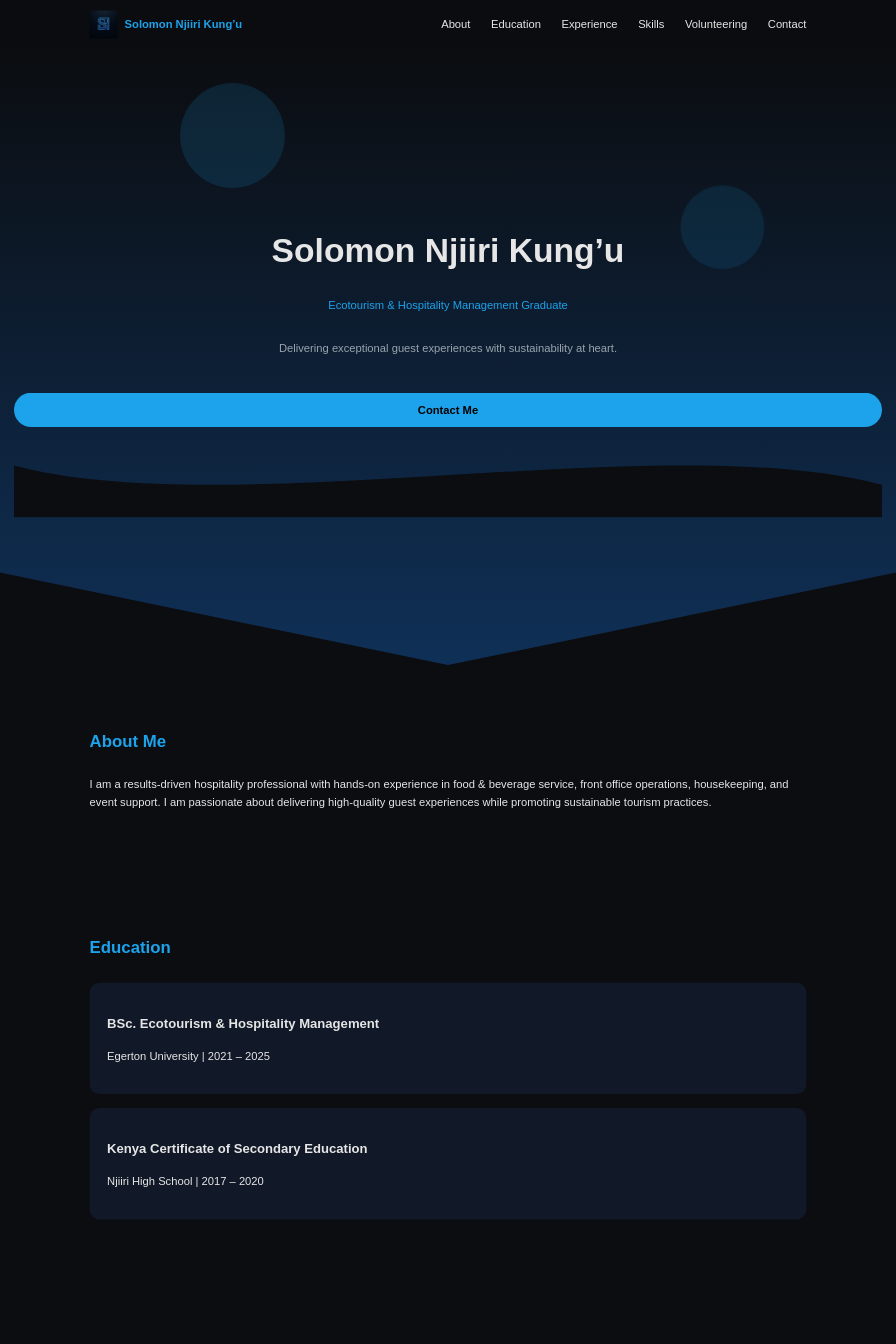
Repository: ladygit-comits/Solomon_Portfolio
Page: index.html
The author's editor kept a copy of each file at every save. The page is drawn from the files as they stood at one save, then again after the next save.
The browser window is 1280 px wide. The pictures show the part of the page from y = 0 to 1920 px (the page is 4438 px tall before and 4398 px after), at 70% of full size.

Above is the page before, as saved 2025-12-31 13:42:14.

After the next save:
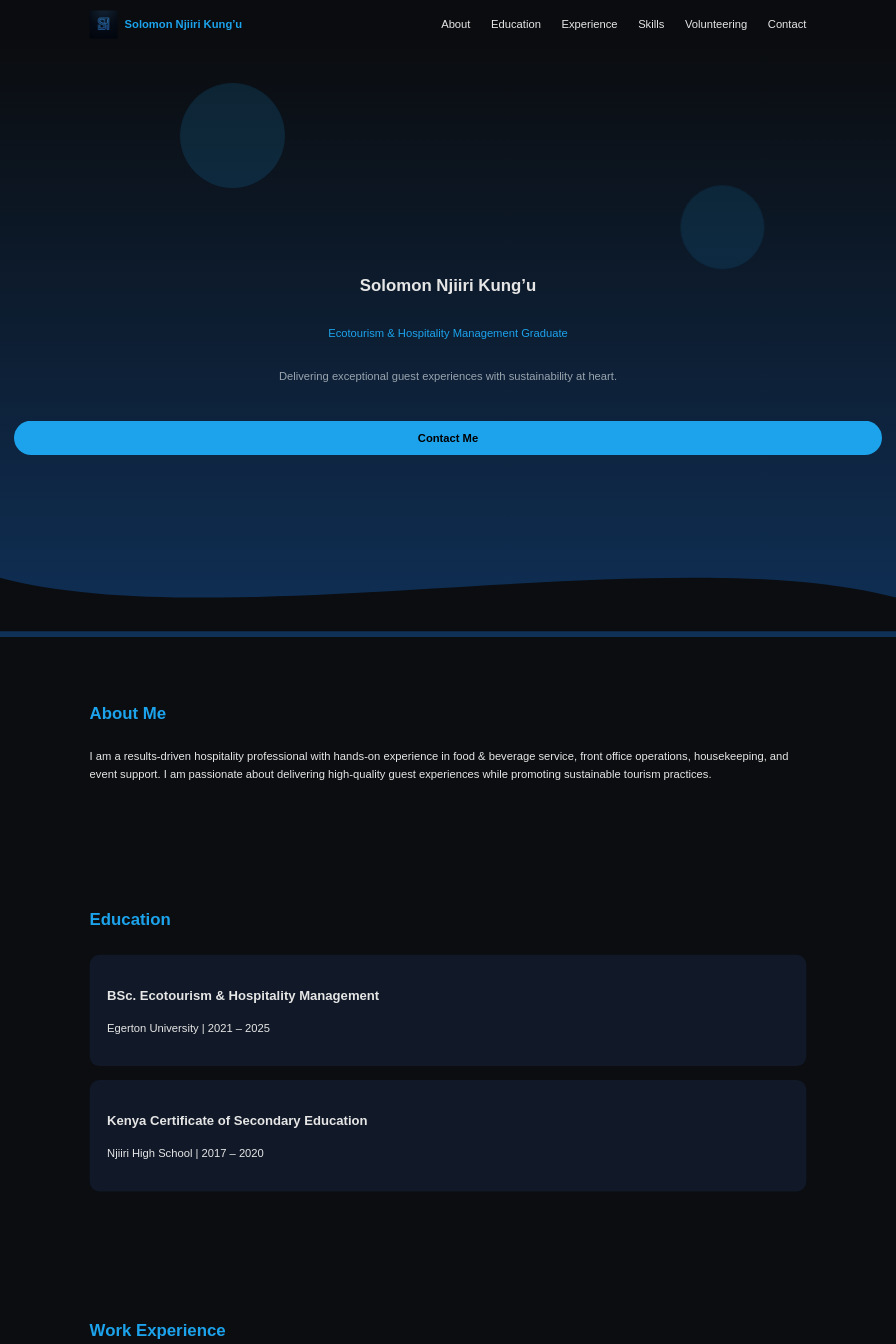
Saved 19 s later.
--- a/style.css
+++ b/style.css
@@ -13,25 +13,26 @@ body {
   color: var(--text-light);
   line-height: 1.6;
 }
-
 .hero {
+  position: relative;
   min-height: 100vh;
-  padding: 80px 20px;
+  padding: 80px 20px 40px; /* smaller bottom padding for wave */
   text-align: center;
   background: linear-gradient(180deg, #0B0D10, #0F3057);
-  position: relative;
-  color: var(--text-light);
   display: flex;
   flex-direction: column;
   justify-content: center;
-  clip-path: polygon(0 0, 100% 0, 100% 85%, 50% 100%, 0 85%);
-}
-
-
-.hero h1 {
-  font-size: 3rem;
-  margin-bottom: 10px;
-}
+  color: var(--text-light);
+}
+
+.hero-wave {
+  position: absolute;
+  bottom: 0;
+  left: 0;
+  width: 100%;
+  height: 150px;
+}
+
 
 .subtitle {
   color: var(--accent-blue);
